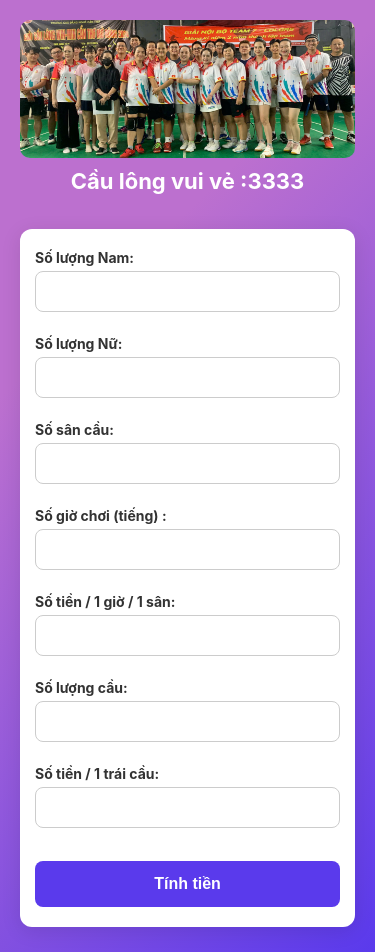
Repository: LuongPTCE181311/Badminton
Page: index.html
These files come from the project's save history. The page is drawn as it stood at one moment and after the next save; the edit follows.
The browser window is 375 px wide. The pictures show the whole page.

Above is the page before, as saved 2025-12-08 00:48:19.

### index.html
<!DOCTYPE html>
<html lang="vi">

<head>
    <meta charset="UTF-8" />
    <meta name="viewport" content="width=device-width, initial-scale=1.0" />
    <title>Tính Tiền Sân Cầu Lông</title>
    <link rel="stylesheet" href="assets/css/style.css" />
</head>

<body>


    <div class="hero">
        <img src="assets/images/Caulongvuive.jpg" id="img" class="hero-img" alt="Group" />
        <h1 class="title">Cầu lông vui vẻ :3333</h1>
    </div>


    <div class="container">
        <form id="calcForm">


            <div class="form-group">
                <label>Số lượng Nam:</label>
                <input type="number" id="men" />
                <span class="error" id="men_err"></span>
            </div>


            <div class="form-group">
                <label>Số lượng Nữ:</label>
                <input type="number" id="women" />
                <span class="error" id="women_err"></span>
            </div>


            <div class="form-group">
                <label>Số sân cầu:</label>
                <input type="number" id="courts" />
                <span class="error" id="courts_err"></span>
            </div>


            <div class="form-group">
                <label>Số giờ chơi (tiếng) :</label>
                <input type="number" id="hours" />
                <span class="error" id="hours_err"></span>
            </div>


            <div class="form-group">
                <label>Số tiền / 1 giờ / 1 sân:</label>
                <input type="number" id="pricePerHour" />
                <span class="error" id="pricePerHour_err"></span>
            </div>


            <div class="form-group">
                <label>Số lượng cầu:</label>
                <input type="number" id="shuttleCount" />
                <span class="error" id="shuttleCount_err"></span>
            </div>


            <div class="form-group">
                <label>Số tiền / 1 trái cầu:</label>
                <input type="number" id="pricePerShuttle" />
                <span class="error" id="pricePerShuttle_err"></span>
            </div>


            <button type="button" id="calculateBtn" class="btn">Tính tiền</button>
        </form>
    </div>


    <div id="resultModal" class="modal hidden">
        <div class="modal-content">
            <h2>Kết Quả Tính Tiền</h2>
            <div id="result"></div>
            <button id="closeModal" class="close-btn">Đóng</button>
        </div>
    </div>


    <script src="assets/js/main.js"></script>
</body>

</html>

### assets/css/style.css
* {
  box-sizing: border-box;
}

body {
  margin: 0;
  padding: 10px;
  font-family: -apple-system, BlinkMacSystemFont, "Segoe UI", Roboto,
    "Helvetica Neue", Arial, sans-serif;
  background: linear-gradient(135deg, #bc70cf 30%, #5a3aec 100%);
  min-height: 100vh;
}

.hero {
  text-align: center;
  padding-top: 20px;
  max-width: 100%;
  overflow: hidden;
}

.hero-img {
  width: 100%;
  max-width: 400px;
  height: auto;
  display: block;
  margin: 0 auto 15px auto;
  border-radius: 10px;
  object-fit: cover;
}

.close-btn {
  padding: 12px;
  font-size: 15px;
  border-radius: 10px;
  width: 100%;
  margin-top: 3%;
  background-color: #bd5ad6;
  border: none;
  outline: none;
  color: white;
}

.title {
  font-size: clamp(24px, 5vw, 30px);
  font-weight: bold;
  color: white;
  margin: 10px 0;
  text-shadow: 2px 2px 4px rgba(0, 0, 0, 0 3);
  padding: 0 15px;
}

.container {
  width: calc(100% - 20px);
  max-width: 450px;
  margin: 25px auto;
  background-color: white;
  padding: 25px;
  border-radius: 15px;
  box-shadow: 0 4px 20px rgba(0, 0, 0, 0.1);
}

label {
  font-weight: 700;
  display: block;
  margin-bottom: 5px;
  font-size: 15px;
  color: #333;
}

input {
  width: 100%;
  padding: 8px 8px;
  background: rgba(255, 255, 255, 0.6) !important;
  border-radius: 8px;
  border: 1px solid #ccc;
  transition: 0.3s;
  -webkit-appearance: none;
  appearance: none;
}

input:focus {
  outline: none;
  border-color: #1e88e5;
  box-shadow: 0 0 0 3px rgba(30, 136, 229, 0.1);
}

input.error-border {
  border-color: #e53935 !important;
}

.error {
  font-size: 12px;
  color: #d84747;
  font-weight: 600;
  display: block;
  margin-top: 5px;
  min-height: 18px;
}

.btn {
  width: 100%;
  padding: 14px;
  background: #5a3aec;
  color: white;
  font-size: 17px;
  font-weight: 600;
  border: none;
  border-radius: 8px;
  cursor: pointer;
  transition: background 0.3s, transform 0.1s;
  margin-top: 10px;
}

.btn:hover {
  background: #3c22b3;
}

.btn:active {
  transform: scale(0.98);
}

.modal {
  position: fixed;
  inset: 0;
  background: rgba(0, 0, 0, 0.5);
  display: flex;
  justify-content: center;
  align-items: center;
  z-index: 1000;
  padding: 20px;
}

.hidden {
  display: none !important;
}

.modal-content {
  background: white;
  padding: 25px;
  width: calc(100% - 40px);
  max-width: 400px;
  border-radius: 15px;
  text-align: left;
  box-shadow: 0 4px 15px rgba(0, 0, 0, 0.2);
  max-height: 90vh;
  overflow-y: auto;
}

.modal-content h2 {
  margin-top: 0;
  margin-bottom: 20px;
  text-align: center;
  color: #333;
  font-size: clamp(20px, 4vw, 24px);
}

#result {
  line-height: 1.8;
  font-size: 14px;
  color: #555;
}

#result b {
  color: #333;
}

. close-btn {
  margin-top: 20px;
  background: #e53935;
  color: white;
  padding: 12px;
  width: 100%;
  border: none;
  border-radius: 8px;
  cursor: pointer;
  font-size: 16px;
  font-weight: 600;
  transition: background 0.3s, transform 0.1s;
}

.close-btn:hover {
  background: #d32f2f;
}

. close-btn:active {
  transform: scale(0.98);
}

/* Tablet devices */
@media screen and (max-width: 768px) {
  body {
    padding: 10px;
  }

  . container {
    width: calc(100% - 20px);
    margin: 20px auto;
    padding: 20px;
  }

  . hero {
    padding: 15px 0;
  }

  .hero-img {
    max-width: 350px;
  }
}

/* Mobile devices */
@media screen and (max-width: 480px) {
  body {
    padding: 10px;
  }

  .container {
    width: calc(100% - 20px);
    margin: 15px auto;
    padding: 20px 15px;
    border-radius: 12px;
  }

  .hero {
    padding: 10px 0;
  }

  .hero-img {
    max-width: 100%;
    width: calc(100% - 20px);
    margin: 0 auto 10px auto;
  }

  .title {
    font-size: 22px;
    padding: 0 10px;
  }

  . form-group {
    margin-bottom: 12px;
  }

  label {
    font-size: 14px;
  }

  input {
    width: 100%;
    padding: 12px;
    background: rgba(255, 255, 255, 0.6) !important;
    border-radius: 8px;
    border: 1px solid #ccc;
    transition: 0.3s;
    -webkit-appearance: none;
    appearance: none;
  }

  .btn {
    padding: 14px;
    font-size: 16px;
  }

  . modal {
    padding: 15px;
  }

  .modal-content {
    width: calc(100% - 30px);
    padding: 20px;
    border-radius: 12px;
  }

  .modal-content h2 {
    font-size: 20px;
    margin-bottom: 15px;
  }

  #result {
    font-size: 13px;
    line-height: 1.7;
  }

  .close-btn {
    padding: 12px;
    font-size: 15px;
    border-radius: 10px;
    width: 100%;
    margin-top: 3%;
    background-color: #bd5ad6;
    border: none;
    outline: none;
    color: white;
  }
}

/* Very small mobile devices */
@media screen and (max-width: 360px) {
  body {
    padding: 8px;
  }

  . container {
    width: calc(100% - 16px);
    padding: 15px 12px;
  }

  . title {
    font-size: 22px;
  }

  . hero-img {
    width: calc(100% - 16px);
  }

  input {
    width: 100%;
    padding: 12px;
    background: rgba(255, 255, 255, 0.6) !important;
    border-radius: 8px;
    border: 1px solid #ccc;
    transition: 0.3s;
    -webkit-appearance: none;
    appearance: none;
  }

  .btn {
    padding: 12px;
    font-size: 15px;
  }

  .modal-content {
    width: calc(100% - 24px);
    padding: 15px;
  }

  #result {
    font-size: 12px;
  }
}

/* Landscape orientation on mobile */
@media screen and (max-height: 600px) and (orientation: landscape) {
  body {
    padding: 5px;
  }

  . hero {
    padding: 5px 0;
  }

  .hero-img {
    max-width: 200px;
    max-height: 120px;
    margin-bottom: 5px;
  }

  .title {
    font-size: 18px;
    margin: 5px 0;
  }

  .container {
    margin: 10px auto;
    width: calc(100% - 10px);
    max-width: 600px;
  }

  . modal-content {
    max-height: 85vh;
  }
}

### assets/js/main.js
// ===================== VALIDATION =========================

function setError(id, message) {
  const input = document.getElementById(id);
  const err = document.getElementById(id + "_err");
  err.textContent = message;
  input.classList.add("error-border");
}

function clearError(id) {
  const input = document.getElementById(id);
  const err = document.getElementById(id + "_err");
  err.textContent = "";
  input.classList.remove("error-border");
}

function validateField(id) {
  const value = document.getElementById(id).value.trim();

  switch (id) {
    case "men":
    case "women":
      if (value === "" || isNaN(value) || parseInt(value) < 0) {
        setError(id, "Giá trị phải ≥ 0");
        return false;
      }
      const men = parseInt(document.getElementById("men").value) || 0;
      const women = parseInt(document.getElementById("women").value) || 0;
      if (men === 0 && women === 0) {
        setError(id, "Nam + Nữ phải ≥ 1");
        return false;
      }
      break;

    case "courts":
      if (value === "" || isNaN(value) || parseInt(value) <= 0) {
        setError(id, "Số sân phải > 0");
        return false;
      }
      break;

    case "hours":
      if (value === "" || isNaN(value) || parseFloat(value) <= 0) {
        setError(id, "Số giờ phải > 0 (cho phép thập phân)");
        return false;
      }
      break;

    case "pricePerHour":
      if (value === "" || isNaN(value) || parseInt(value) < 1000) {
        setError(id, "Tiền / giờ phải ≥ 1000đ");
        return false;
      }
      break;

    case "shuttleCount":
      if (value === "" || isNaN(value) || parseInt(value) <= 0) {
        setError(id, "Số lượng cầu phải > 0");
        return false;
      }
      break;

    case "pricePerShuttle":
      if (value === "" || isNaN(value) || parseInt(value) < 1000) {
        setError(id, "Tiền 1 trái cầu phải ≥ 1000đ");
        return false;
      }
      break;
  }

  clearError(id);
  return true;
}

[
  "men",
  "women",
  "courts",
  "hours",
  "pricePerHour",
  "shuttleCount",
  "pricePerShuttle",
].forEach((id) => {
  document.getElementById(id).addEventListener("input", () => {
    validateField(id);
    if (id === "men" || id === "women") {
      const otherId = id === "men" ? "women" : "men";
      validateField(otherId);
    }
  });
});

// ===================== MODAL =========================

function closeModal() {
  document.getElementById("resultModal").classList.add("hidden");
}

function openModal() {
  document.getElementById("resultModal").classList.remove("hidden");
}

document.getElementById("closeModal").addEventListener("click", closeModal);

function roundUpToThousand(num) {
  return Math.ceil(num / 1000) * 1000;
}

// ===================== THUẬT TOÁN TỐI ƯU =========================

function findOptimalSplit(total, men, women) {
  let bestSolution = null;
  let minDifference = Infinity;
  for (let targetDiff = 3000; targetDiff <= 5000; targetDiff += 1000) {
    let perWoman = (total - targetDiff * men) / (men + women);
    let perMan = perWoman + targetDiff;
    perWoman = roundUpToThousand(perWoman);
    perMan = roundUpToThousand(perMan);
    while (perMan - perWoman < 3000) {
      perMan += 1000;
    }
    while (perMan - perWoman > 5000) {
      perWoman += 1000;
    }
    let actualTotal = perMan * men + perWoman * women;
    while (actualTotal < total) {
      const option1Woman = perWoman + 1000;
      const option1Total = perMan * men + option1Woman * women;
      if (perMan - option1Woman < 3000) {
        perMan += 1000;
      }
      perWoman = option1Woman;
      actualTotal = perMan * men + perWoman * women;
    }
    const genderDiff = perMan - perWoman;
    if (genderDiff < 3000 || genderDiff > 5000) {
      continue;
    }
    const difference = actualTotal - total;
    if (difference < minDifference) {
      minDifference = difference;
      bestSolution = {
        perMan: perMan,
        perWoman: perWoman,
        actualTotal: actualTotal,
        genderDiff: genderDiff,
      };
    }
  }

  return bestSolution;
}

// ===================== CALCULATE =========================

document.getElementById("calculateBtn").addEventListener("click", function () {
  let ok = true;
  const ids = [
    "men",
    "women",
    "courts",
    "hours",
    "pricePerHour",
    "shuttleCount",
    "pricePerShuttle",
  ];

  ids.forEach((id) => {
    if (!validateField(id)) ok = false;
  });

  if (!ok) return;

  const men = parseInt(document.getElementById("men").value) || 0;
  const women = parseInt(document.getElementById("women").value) || 0;
  const courts = parseInt(document.getElementById("courts").value);
  const hours = parseFloat(document.getElementById("hours").value);
  const pHour = parseInt(document.getElementById("pricePerHour").value);
  const scount = parseInt(document.getElementById("shuttleCount").value);
  const pShut = parseInt(document.getElementById("pricePerShuttle").value);

  const courtCost = courts * hours * pHour;
  const shuttleCost = scount * pShut;
  const total = courtCost + shuttleCost;

  let perMan = 0,
    perWoman = 0,
    actualTotal = 0;

  if (men > 0 && women > 0) {
    const solution = findOptimalSplit(total, men, women);
    perMan = solution.perMan;
    perWoman = solution.perWoman;
    actualTotal = solution.actualTotal;

    document.getElementById("result").innerHTML = `
        <b>Chi tiết chi phí:</b><br>
        • Tiền sân: ${courts} sân × ${hours}h × ${pHour.toLocaleString(
      "vi-VN"
    )}đ = ${courtCost.toLocaleString("vi-VN")} VND<br>
        • Tiền cầu: ${scount} cầu × ${pShut.toLocaleString(
      "vi-VN"
    )}đ = ${shuttleCost.toLocaleString("vi-VN")} VND<br><br>

        <b>Tổng dự kiến:</b> ${total.toLocaleString("vi-VN")} VND<br>
        <b>Tổng thực tế:</b> ${actualTotal.toLocaleString("vi-VN")} VND<br>
        <b>Chênh lệch tổng:</b> +${(actualTotal - total).toLocaleString(
          "vi-VN"
        )} VND<br><br>

        <b>Tiền mỗi nam:</b> <b>${perMan.toLocaleString(
          "vi-VN"
        )} đ </b>(x${men})<br>
        <b>Tiền mỗi nữ:</b> <b>${perWoman.toLocaleString(
          "vi-VN"
        )} đ </b>(x${women})<br><br>

        <b>Chênh lệch Nam/Nữ:</b> ${(perMan - perWoman).toLocaleString(
          "vi-VN"
        )} đ
    `;
  } else if (men > 0) {
    perMan = roundUpToThousand(total / men);
    actualTotal = perMan * men;

    document.getElementById("result").innerHTML = `
        <b>Chi tiết chi phí:</b><br>
        • Tiền sân: ${courts} sân × ${hours}h × ${pHour.toLocaleString(
      "vi-VN"
    )}đ = ${courtCost.toLocaleString("vi-VN")} VND<br>
        • Tiền cầu: ${scount} cầu × ${pShut.toLocaleString(
      "vi-VN"
    )}đ = ${shuttleCost.toLocaleString("vi-VN")} VND<br><br>

        <b>Tổng dự kiến:</b> ${total.toLocaleString("vi-VN")} VND<br>
        <b>Tổng thực tế:</b> ${actualTotal.toLocaleString("vi-VN")} VND<br>
        <b>Chênh lệch:</b> +${(actualTotal - total).toLocaleString(
          "vi-VN"
        )} VND<br><br>

        <b>Tiền mỗi nam:</b> <b> ${perMan.toLocaleString(
          "vi-VN"
        )} đ </b>(x${men})
    `;
  } else {
    perWoman = roundUpToThousand(total / women);
    actualTotal = perWoman * women;

    document.getElementById("result").innerHTML = `
        <b>Chi tiết chi phí:</b><br>
        • Tiền sân: ${courts} sân × ${hours}h × ${pHour.toLocaleString(
      "vi-VN"
    )}đ = ${courtCost.toLocaleString("vi-VN")} VND<br>
        • Tiền cầu: ${scount} cầu × ${pShut.toLocaleString(
      "vi-VN"
    )}đ = ${shuttleCost.toLocaleString("vi-VN")} VND<br><br>

        <b>Tổng dự kiến:</b> ${total.toLocaleString("vi-VN")} VND<br>
        <b>Tổng thực tế:</b> ${actualTotal.toLocaleString("vi-VN")} VND<br>
        <b>Chênh lệch:</b> +${(actualTotal - total).toLocaleString(
          "vi-VN"
        )} VND<br><br>

        <b>Tiền mỗi nữ:</b> <b>${perWoman.toLocaleString(
          "vi-VN"
        )} đ</b> (x${women})
    `;
  }

  openModal();
});

After the next save:
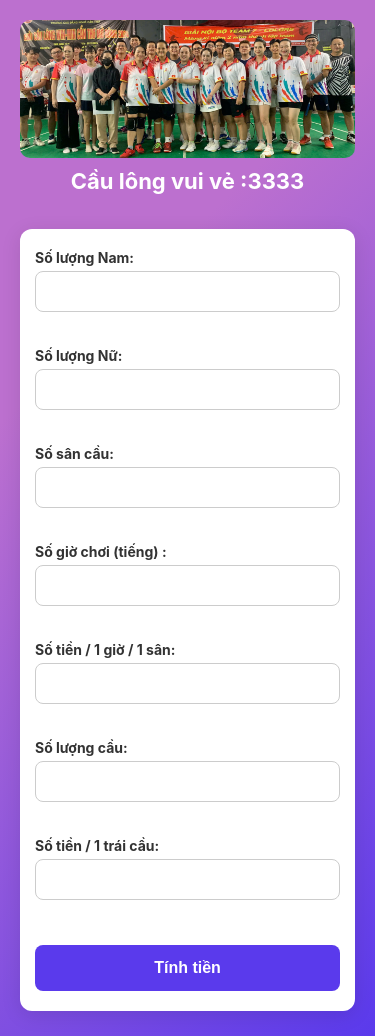
Saved 11 s later.
--- a/assets/css/style.css
+++ b/assets/css/style.css
@@ -235,7 +235,7 @@
     padding: 0 10px;
   }
 
-  . form-group {
+  .form-group {
     margin-bottom: 12px;
   }
 
